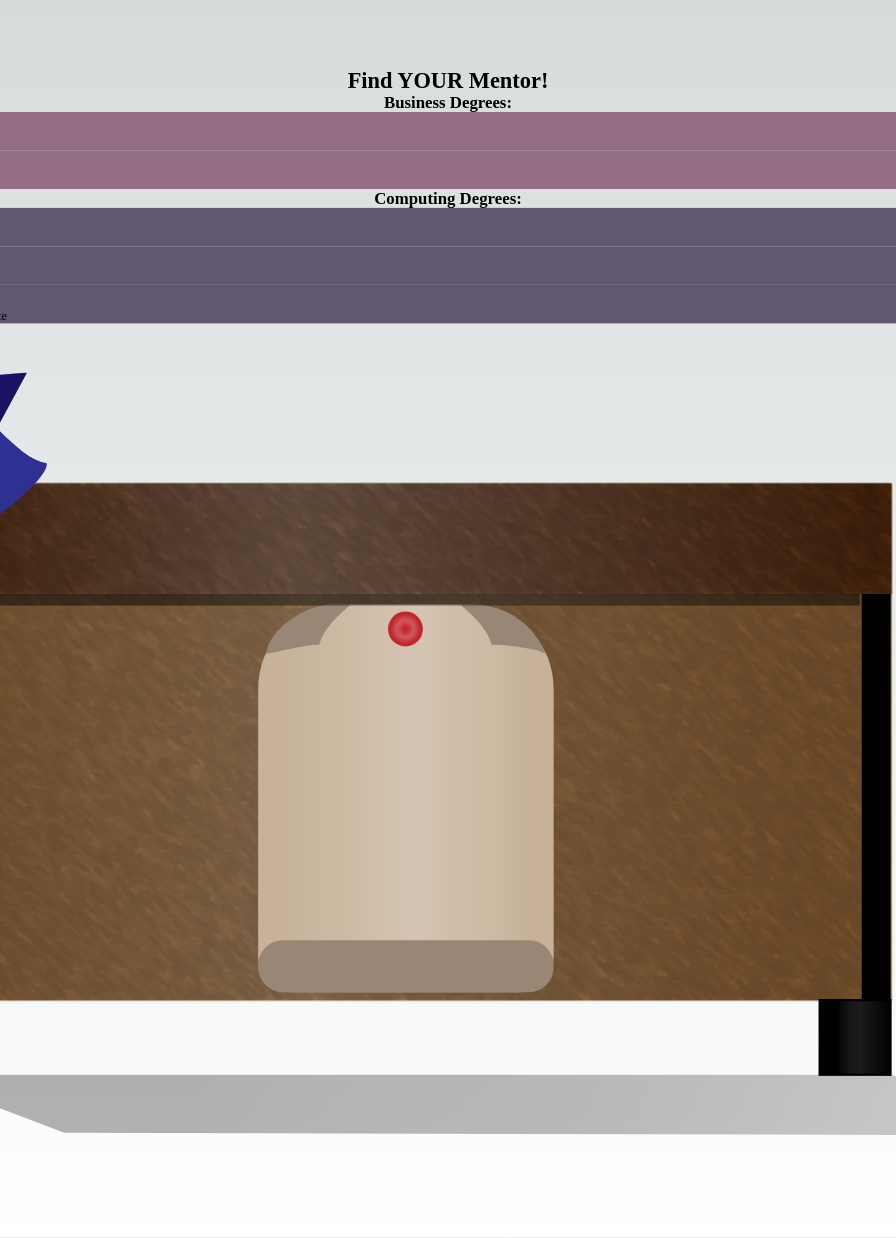
Repository: anikagrewal/week3example
Page: /home
The author's editor kept a copy of each file at every save. The page is drawn from the files as they stood at one save, then again after the next save.
The browser window is 1280 px wide. The pictures show the part of the page from y = 0 to 1920 px (the page is 1768 px tall before and 2818 px after), at 70% of full size.
The project was rebuilt for these pictures with package versions that can differ from the ones it lists, and the page was loaded fresh each time. The framework's server and built-in components were replaced by stand-ins that run in the browser. Also part of the build but not shown: next.config.js.

Above is the page before, as saved 2023-01-21 15:37:38.

After the next save:
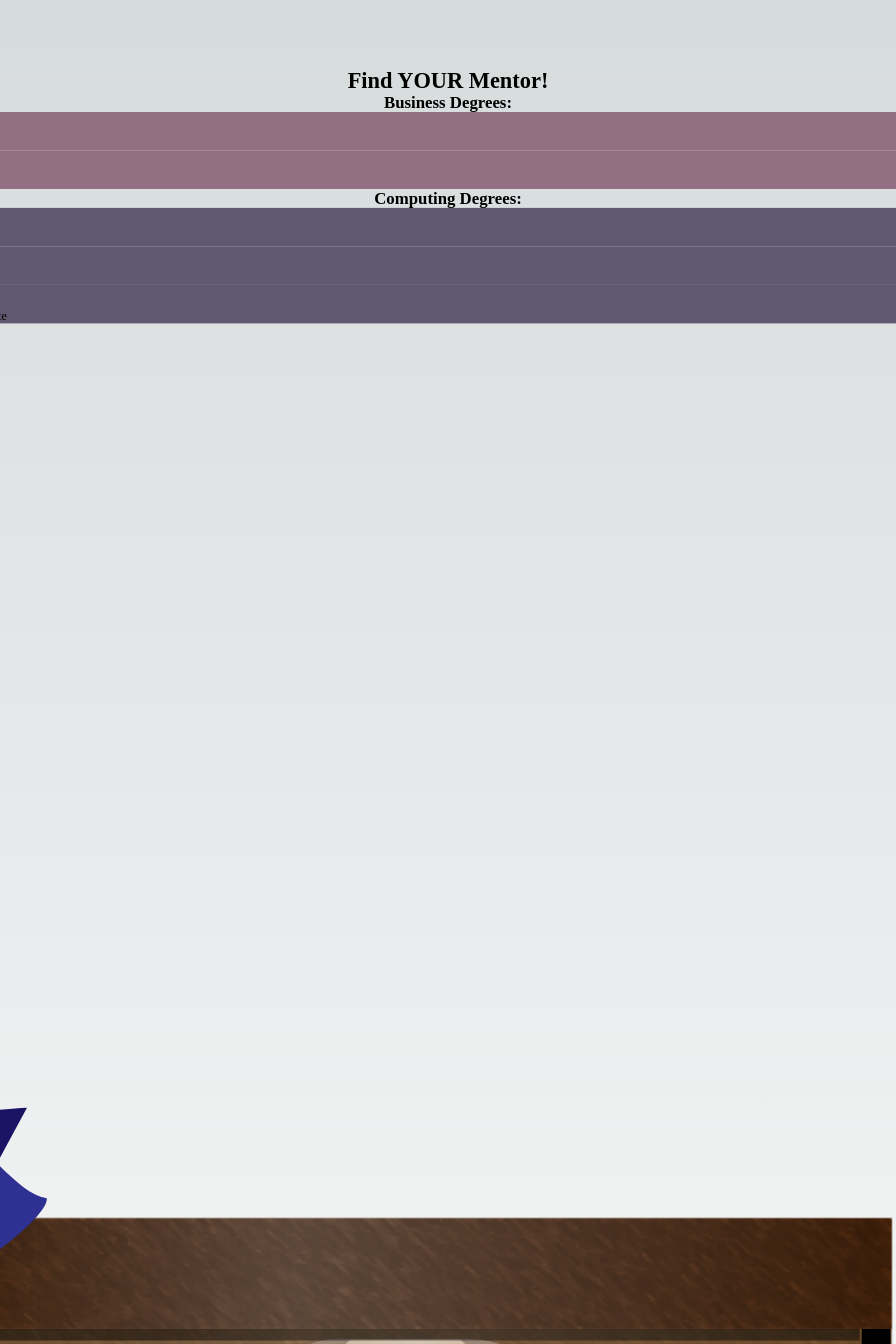
Saved 3 min 30 s later.
--- a/styles/Home.module.css
+++ b/styles/Home.module.css
@@ -55,7 +55,8 @@
 }
 
 .deskimage {
-  background-image: image('vector/desk.png');
+  z-index: 2;
+  margin-top: 50% ;
 }
 .card {
   padding: 1rem 1.2rem;
